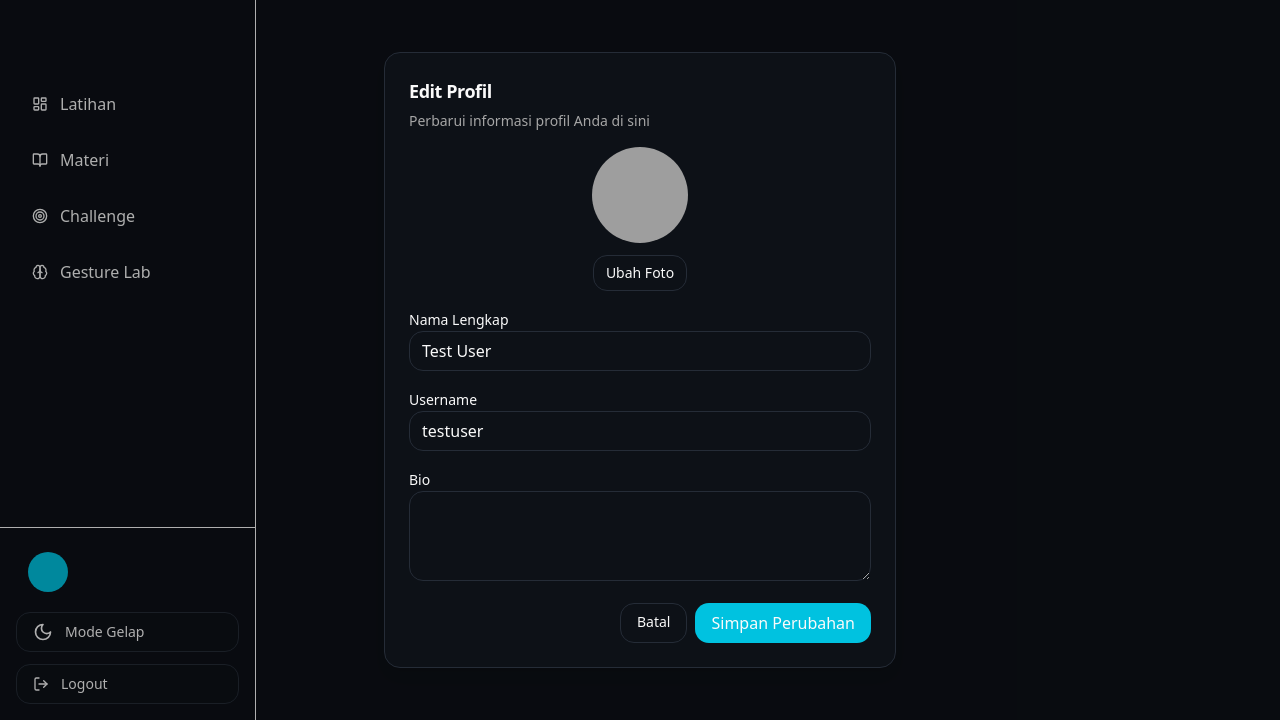
Repository: Tisna7/GESTURA
Page: http://localhost/profile/edit
An editor plug-in stored every save of this project. The page is shown before and after the next save, followed by the edit.
The browser window is 1280 px wide. The pictures show the whole page.
Pictures or frames that could not be fetched are drawn as grey boxes. The page is served by the project's Laravel application, run on PHP 8.4 with Laravel 12. A made-up administrator, Test User (test@example.com), is signed in. Style sheets and scripts are compiled from the project's sources, by tool versions that may differ from the author's.

Above is the page before, as saved 2025-11-23 16:10:06.

After the next save:
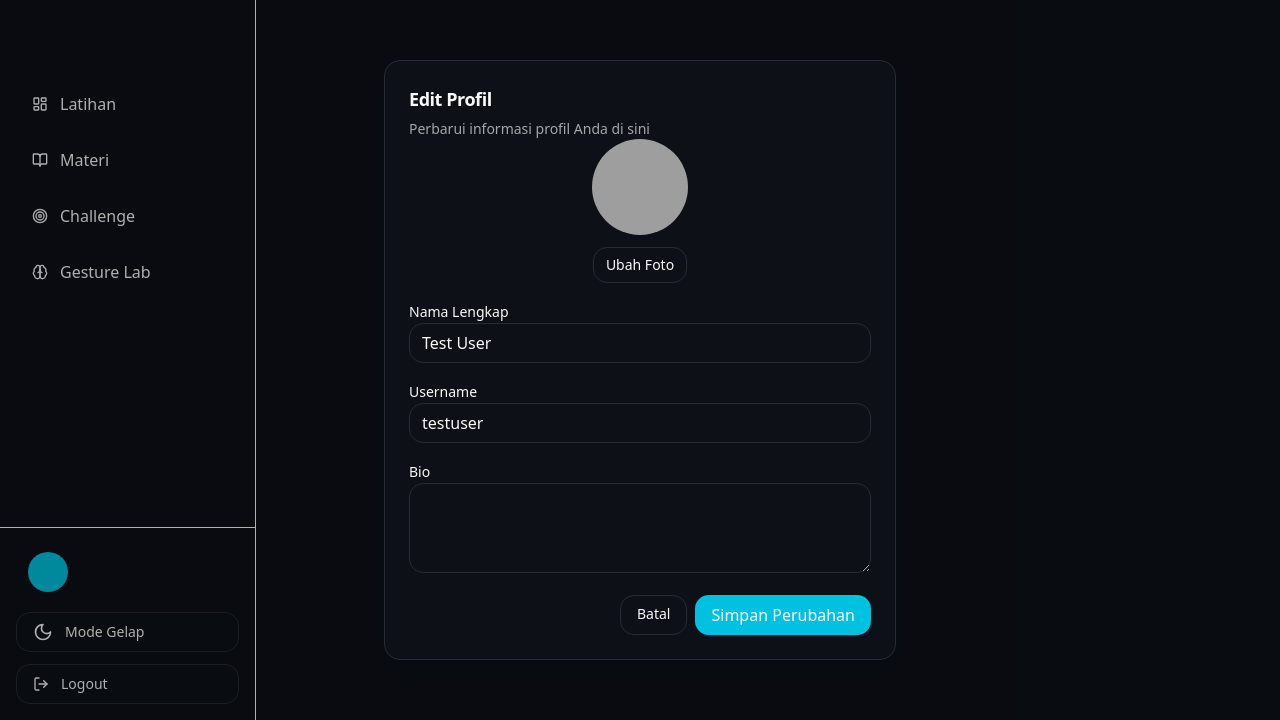
Saved 8 min 29 s later.
--- a/resources/views/user/profile-edit.blade.php
+++ b/resources/views/user/profile-edit.blade.php
@@ -23,21 +23,26 @@
             </div>
 
             {{-- Form --}}
-            <form action="{{ route('profile.update') }}" method="POST" class="mt-4">
-                @csrf
+            <div class="flex flex-col items-center gap-3 mb-4">
 
-                {{-- FOTO --}}
-                <div class="flex flex-col items-center gap-3 mb-4">
-                    <span class="relative flex overflow-hidden rounded-full h-24 w-24 border-4 border-primary/20">
-                        <img class="h-full w-full object-cover"
-                            src="https://api.dicebear.com/7.x/avataaars/svg?seed={{ $user->username ?? 'user' }}">
-                    </span>
+    {{-- Preview Foto --}}
+    <span class="relative flex overflow-hidden rounded-full h-24 w-24 border-4 border-primary/20">
+        <img id="previewImage" class="h-full w-full object-cover"
+            src="{{ $user->profile_image
+                ? asset('storage/' . $user->profile_image)
+                : 'https://api.dicebear.com/7.x/avataaars/svg?seed=' . ($user->username ?? 'user') }}">
+    </span>
 
-                    <button type="button"
-                        class="inline-flex items-center gap-2 border rounded-md h-9 px-3 text-sm hover:bg-accent hover:text-accent-foreground">
-                        Ubah Foto
-                    </button>
-                </div>
+    {{-- Tombol trigger upload --}}
+    <button type="button" onclick="document.getElementById('profileImageInput').click()"
+        class="inline-flex items-center gap-2 border rounded-md h-9 px-3 text-sm hover:bg-accent hover:text-accent-foreground">
+        Ubah Foto
+    </button>
+
+    {{-- Input file tersembunyi --}}
+    <input type="file" name="profile_image" id="profileImageInput" accept="image/*" class="hidden">
+</div>
+
 
                 {{-- INPUT --}}
                 <div class="space-y-4">

After the save that followed:
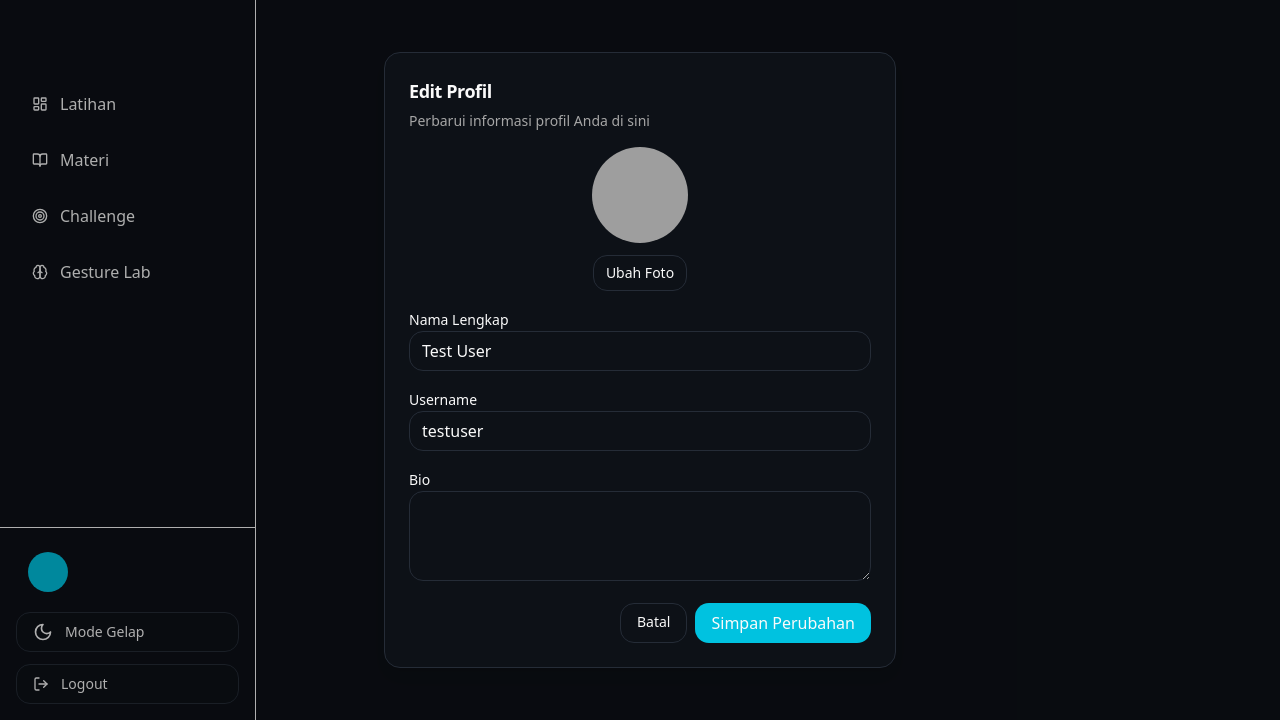
Saved 3 min 9 s later.
--- a/resources/views/user/profile-edit.blade.php
+++ b/resources/views/user/profile-edit.blade.php
@@ -23,26 +23,21 @@
             </div>
 
             {{-- Form --}}
-            <div class="flex flex-col items-center gap-3 mb-4">
+            <form action="{{ route('profile.update') }}" method="POST" class="mt-4">
+                @csrf
 
-    {{-- Preview Foto --}}
-    <span class="relative flex overflow-hidden rounded-full h-24 w-24 border-4 border-primary/20">
-        <img id="previewImage" class="h-full w-full object-cover"
-            src="{{ $user->profile_image
-                ? asset('storage/' . $user->profile_image)
-                : 'https://api.dicebear.com/7.x/avataaars/svg?seed=' . ($user->username ?? 'user') }}">
-    </span>
+                {{-- FOTO --}}
+                <div class="flex flex-col items-center gap-3 mb-4">
+                    <span class="relative flex overflow-hidden rounded-full h-24 w-24 border-4 border-primary/20">
+                        <img class="h-full w-full object-cover"
+                            src="https://api.dicebear.com/7.x/avataaars/svg?seed={{ $user->username ?? 'user' }}">
+                    </span>
 
-    {{-- Tombol trigger upload --}}
-    <button type="button" onclick="document.getElementById('profileImageInput').click()"
-        class="inline-flex items-center gap-2 border rounded-md h-9 px-3 text-sm hover:bg-accent hover:text-accent-foreground">
-        Ubah Foto
-    </button>
-
-    {{-- Input file tersembunyi --}}
-    <input type="file" name="profile_image" id="profileImageInput" accept="image/*" class="hidden">
-</div>
-
+                    <button type="button"
+                        class="inline-flex items-center gap-2 border rounded-md h-9 px-3 text-sm hover:bg-accent hover:text-accent-foreground">
+                        Ubah Foto
+                    </button>
+                </div>
 
                 {{-- INPUT --}}
                 <div class="space-y-4">
